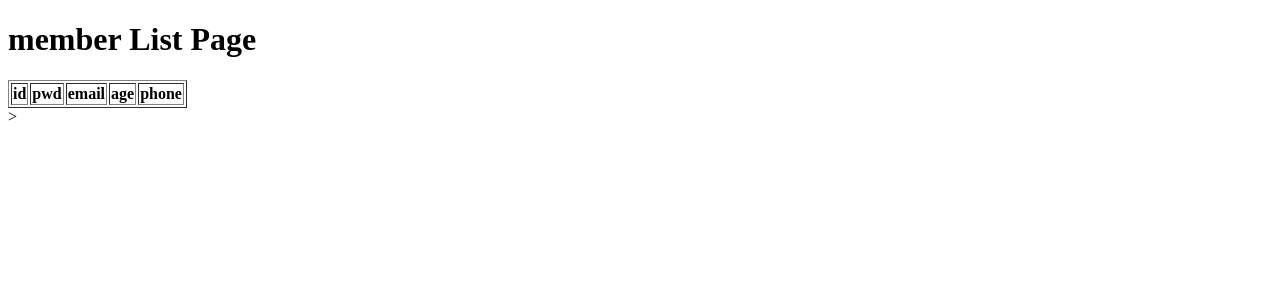
Repository: hwimi/2024-04-12-01
Page: http://localhost/jsp_study/member/list.jsp
The author's editor kept a copy of each file at every save. The page is drawn from the files as they stood at one save, then again after the next save.
The browser window is 1280 px wide. The pictures show the whole page.
The page is served by Tomcat 9.

Above is the page before, as saved 2024-04-15 06:50:50.

After the next save:
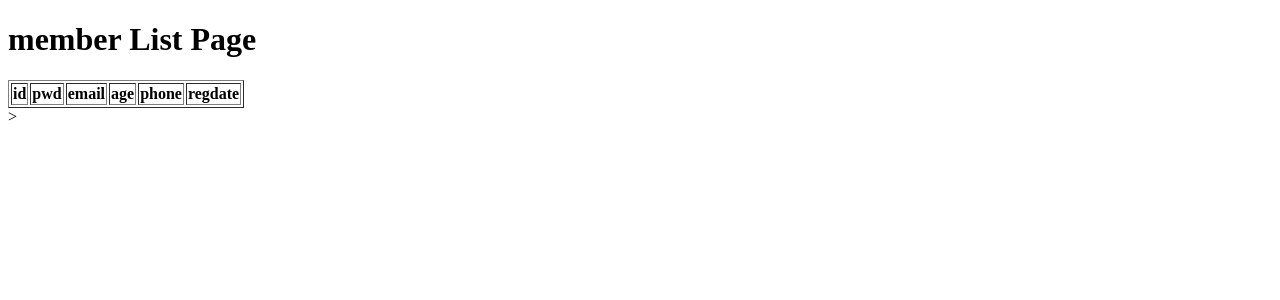
Saved 7 s later.
--- a/jsp_study/src/main/webapp/member/list.jsp
+++ b/jsp_study/src/main/webapp/member/list.jsp
@@ -16,6 +16,7 @@
 	<th>email</th>
 	<th>age</th>
 	<th>phone</th>
+	<th>regdate</th>
 	</tr>
 	</table>>
 </body>
